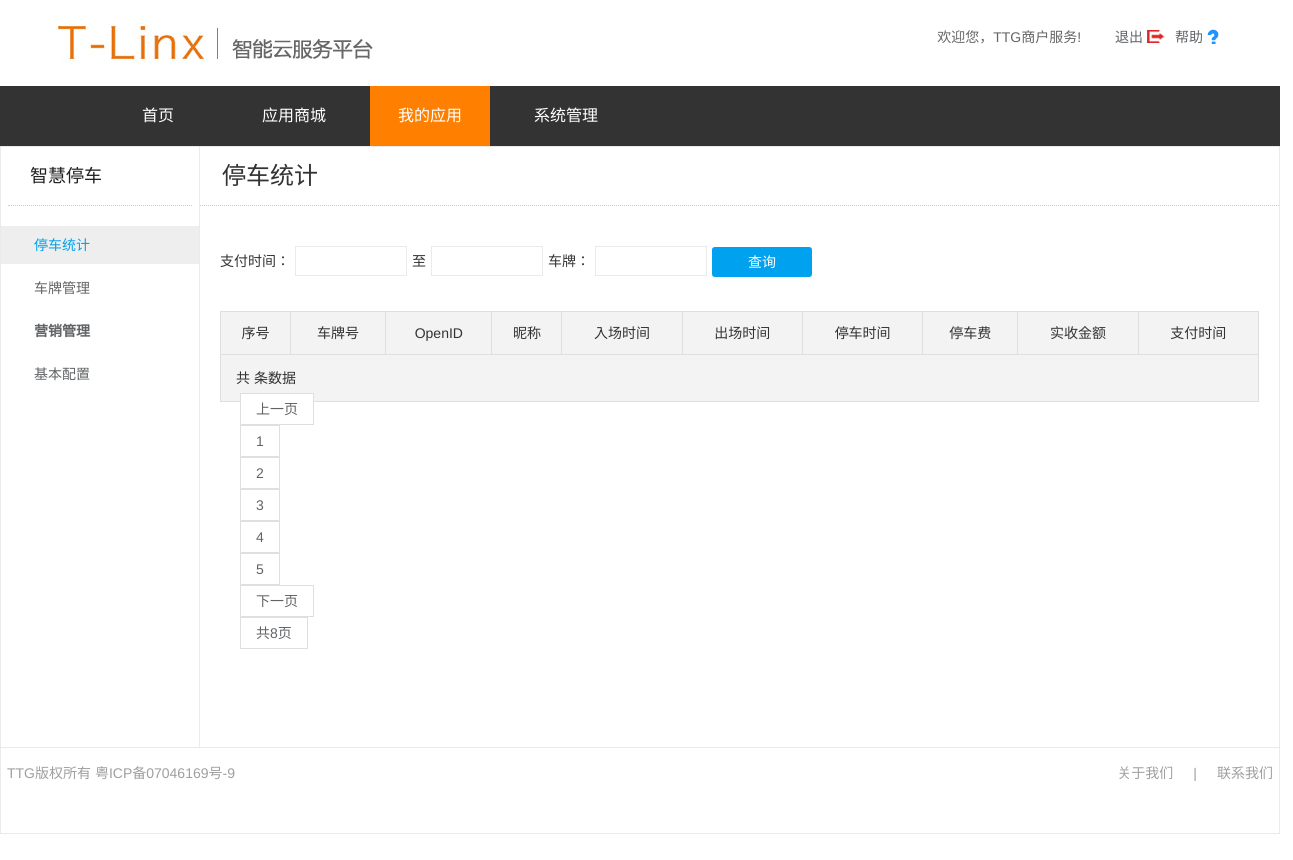
Repository: Keori/ParkCar
Page: admin/商户云/智慧停车/ParkComputed.html
The author's editor kept a copy of each file at every save. The page is drawn from the files as they stood at one save, then again after the next save.
The browser window is 1280 px wide. The page is 1293 px wide, so the pictures cover 1293 px, including what lies to the right of the window. The pictures show the whole page.
The page's requests for data from a server got no answer.

Above is the page before, as saved 2018-12-24 11:56:55.

### admin/商户云/智慧停车/ParkComputed.html
<!DOCTYPE html>
<html lang="en">
<head>
    <meta charset="utf-8">
    <meta name="viewport" content="initial-scale=1.0,width=device-width" />
    <meta name="keywords" content="" />
    <meta name="description" content="" />
    <title>会员卡</title>
    <link href="../css/reset.css" type="text/css" rel="stylesheet"/>
    <link href="../css/layout.css" type="text/css" rel="stylesheet"/>
    <link href="../laydate/laydate.css" type="text/css" rel="stylesheet"/>
    <script type="text/javascript" src="../js/jquery-3.1.1.min.js"></script>
    <script type="text/javascript" src="../js/vue.js"></script>
</head>
<body>
<header class="header index_header">
    <div class="top w1170">
        <div class="logo"><i></i><img src="../images/logo.jpg" alt=""/></div>
        <div class="top_right">欢迎您，TTG商户服务! <span class="icon out_icon"><a href="">退出<code></code></a></span><span class="icon help_icon"><a href="">帮助<code></code></a></span></div>
    </div>

    <menu class="menu">
        <div class="w1170">
            <ul>
                <li><a href="">首页</a></li>
                <li><a href="">应用商城</a></li>
                <li class="on"><a href="">我的应用</a></li>
                <li><a href="">系统管理</a></li>
            </ul>
        </div>
    </menu>
</header>
<section id="content" class="content content1170">
    <aside class="left_con">
        <div class="left_con_tit borderb">智慧停车</div>

        <ul>
            <li class="on"><a href="">停车统计</a></li>
            <li><a href="ParkManage.html">车牌管理</a></li>
            <li>
                <h1><a class='pagetitle' href="javascript:;" @click='ManageType'>营销管理</a><i></i></a>
                <div class='secondary' v-show='type'>
                    <h2 :class="{active:changeGray===1}" @click='change(1)'>
                        <a class='nextselect' href="Manage.html">
                            <span class='blockText'>模板类型</span>
                        </a>
                    </h2>
                    <h2 :class="{active:changeGray===2}" @click='change(2)'>
                        <a class='nextselect' href="Manage2.html">
                            <span class='blockText'>广告类型</span>
                        </a>
                    </h2>
                </div>
            </li>
            <li><a href="Basic.html">基本配置</a></li>
        </ul>
    </aside>
    <section id="boxRight" class="boxRight">
        <div class="boxRight_tit f1 borderb">停车统计</div>
        <article class="boxRightCon">
            <div class="CommonInput viplist_formlist viplist_formlist_1">
                <ul>
                    <li>
                        <span class="name">支付时间：</span><input id='timeData' name="text" type="text" style="width:100px;" onclick="laydate()"/>
                    </li>
                    <li>
                        <span class="name">至</span><input id='timeData1' name="text" type="text" style="width:100px;" onclick="laydate()"/>
                    </li>
                    <li>
                        <span class="name">车牌：</span><input v-model='filterSearch.plateNo' name="text" type="text" style="width:100px;"/>
                    </li>
                    <li>
                        <div class="org_btn"><a @click='Search'>查询</a></div>
                    </li>
                </ul>
            </div>
            <table width="100%" cellpadding="0" cellspacing="0" border="0" class="commonTable commonTable4">
                <tr>
                    <th>序号</th>
                    <th>车牌号</th>
                    <th>OpenID</th>
                    <th>昵称</th>
                    <th>入场时间</th>
                    <th>出场时间</th>
                    <th>停车时间</th>
                    <th>停车费</th>
                    <th>实收金额</th>
                    <th>支付时间</th>
                </tr>
                <tr v-for='(item,index) in Park' v-show='index<6'>
                    <td>{{index+1}}</td>
                    <td>{{item.plateNo}}</td>
                    <td>{{item.OpenId}}</td>
                    <td>{{item.nickName}}</td>
                    <td>{{item.entryTime}}</td>
                    <td>{{item.payTime}}</td>
                    <td>{{item.elapsedTime}}</td>
                    <td>{{item.payable}}</td>
                    <td class="red">{{item.OfficialMoney}}</td>
                    <td>{{item.payTime}}</td>
                </tr>
            </table>
            <div class="bg_f3 page">共 {{pages.pageSize}} 条数据
                <ul>
                    <li v-if="cur>1"><a v-on:click="cur--,pageClick()">上一页</a></li>
                    <li v-if="cur==1"><a class="banclick">上一页</a></li>
                    <li v-for="index in indexs" v-bind:class="{ 'active': cur == index}">
                        <a v-on:click="btnClick(index)">{{ index }}</a>
                    </li>
                    <li v-if="cur!=all"><a v-on:click="cur++,pageClick()">下一页</a></li>
                    <li v-if="cur == all"><a class="banclick">下一页</a></li>
                    <li><a>共<i>{{all}}</i>页</a></li>
                </ul>
            </div>
        </article>
    </section>
    <footer class="footer">
        <div class="w1000">
            <p class="footer_a fl">TTG版权所有   粤ICP备07046169号-9</p>
            <p class="footer_b fr"><a href="">关于我们</a>|<a href="">联系我们</a></p>
        </div>
    </footer>
</section>
<script  type="text/javascript">
    new Vue({
        el: '#content',
        data(){
            return{
                all: 8,
                cur: 1, //当前页码
                type: false,
                changeGray: '',
                filterSearch:{
                    plateNo: '',
                    payTimeStart: '',
                    payTimeEnd: ''
                },
                Park: [],
                pages:{},
            }
        },
        computed:{
            indexs: function(){
            var left = 1;
            var right = this.all;
            var ar = [];
            if(this.all>= 5){
            if(this.cur > 3 && this.cur < this.all-2){
                left = this.cur - 2
                right = this.cur + 2
            }else{
                if(this.cur<=3){
                left = 1
                right = 5
                }else{
                right = this.all
                left = this.all -4
                }
            }
            }
            while (left <= right){
            ar.push(left)
            left ++
            }
            return ar
    }
        },
        watch:{
            cur: function(oldValue , newValue){
    }
        },
        methods:{
            btnClick: function(data){//页码点击事件
            if(data != this.cur){
            this.cur = data
        }
        },
            pageClick: function(){
            console.log('现在在'+this.cur+'页');
        },
            Search(){
                this.filterSearch.payTimeStart = $('#timeData').val()
                this.filterSearch.payTimeEnd = $('#timeData1').val()
                let params =
                    this.filterSearch,
                    currPage = this.current,
                    pageSize = this.pageSize,
                    totalPage = this.allpage,
                    totalCount = this.showItem
                    ;
                console.log(this.filterSearch);
                $.ajax({
                url: 'http://q214e81040.iask.in:32642/merchant/car/paylist',
                type: 'get',
                data: params,
                statusCode:{
                    404:function(){
                        alert('网络错误')
                    }
                },
                success:(params) => {
                    this.Park = params.page.list
                    this.pages = params.page
                    console.log(this.pages);
                    console.log(this.Park)
                }
            })
            },
            ManageType(){
                if(this.type === false){
                    this.type = true
                }else{
                    this.type = false
                }
            },
            change(num){
                this.changeGray = num
            },
            goto(index){
                if(index == this.current) return;
                this.current = index;
            }
        },
        created(){
            this.Search()
        }
    })
</script>
</body>
<script src="../laydate/laydate.js"></script>
<script>
</script>
<style>
.page-bar{
    margin:40px;
    }
ul,li{
    margin: 0px;
    padding: 0px;
    }
li{
    list-style: none
    }
.page-bar li:first-child>a {
    margin-left: 0px
    }
.page-bar a{
    border: 1px solid #ddd;
    text-decoration: none;
    position: relative;
    float: left;
    padding: 6px 12px;
    margin-left: -1px;
    line-height: 1.42857143;
    color: #337ab7;
    cursor: pointer
    }
.page-bar a:hover{
    background-color: #eee;
    }
.page-bar a.banclick{
    cursor:not-allowed;
    }
.page-bar .active a{
    color: #fff;
    cursor: default;
    background-color: #337ab7;
    border-color: #337ab7;
    }
.page-bar i{
    font-style:normal;
    color: #d44950;
    margin: 0px 4px;
    font-size: 12px;
    }
</style>
</html>

### admin/商户云/laydate/laydate.css
/**

 @Name： laydate皮肤：默认
 @Author：贤心
 @Site：http://sentsin.com/layui/laydate

**/

.laydate-icon{border:1px solid #C6C6C6; background-image:url(icon.png)}

.laydate_body .laydate_box,
.laydate_body .laydate_ym,
.laydate_body .laydate_ym .laydate_yms,
.laydate_body .laydate_table,
.laydate_body .laydate_table td,
.laydate_body .laydate_bottom #laydate_hms,
.laydate_body .laydate_time,
.laydate_body .laydate_bottom .laydate_btn a{border:1px solid #ccc;}

.laydate_body .laydate_y .laydate_yms a,
.laydate_body .laydate_choose,
.laydate_body .laydate_table thead,
.laydate_body .laydate_bottom .laydte_hsmtex{background-color:#F6F6F6;}

.laydate_body .laydate_box,
.laydate_body .laydate_ym .laydate_yms,
.laydate_body .laydate_time{box-shadow: 2px 2px 5px rgba(0,0,0,.1);}

.laydate_body .laydate_box{border-top:none; border-bottom:none; background-color:#fff; color:#333;}
.laydate_body .laydate_box input{color:#333;}
.laydate_body .laydate_box .laydate_void{color:#ccc!important; /*text-decoration:line-through;*/}
.laydate_body .laydate_box .laydate_void:hover{background-color:#fff!important}
.laydate_body .laydate_box a, .laydate_body .laydate_box a:hover{color:#333;}
.laydate_body .laydate_box a:hover{color:#666;}
.laydate_body .laydate_click{background-color:#eee!important;}
.laydate_body .laydate_top{border-top:1px solid #C6C6C6;}
.laydate_body .laydate_ym .laydate_yms{border:1px solid #C6C6C6; background-color:#fff;}
.laydate_body .laydate_y .laydate_yms a{border-bottom:1px solid #C6C6C6;}
.laydate_body .laydate_y .laydate_yms .laydate_chdown{border-top:1px solid #C6C6C6; border-bottom:none;}
.laydate_body .laydate_choose{border-left:1px solid #C6C6C6;}
.laydate_body .laydate_chprev{border-left:none; border-right:1px solid #C6C6C6;}
.laydate_body .laydate_choose:hover,
.laydate_body .laydate_y .laydate_yms a:hover{background-color:#fff;}
.laydate_body .laydate_chtop cite{border-bottom-color:#666;}
.laydate_body .laydate_chdown cite, .laydate_body .laydate_ym label{border-top-color:#666;}
.laydate_body .laydate_chprev cite{border-right-style:solid; border-right-color:#666;}
.laydate_body .laydate_chnext cite{border-left-style:solid; border-left-color:#666;}
.laydate_body .laydate_table td{border:none;  height:21px!important; line-height:21px!important; background-color:#fff;}
.laydate_body .laydate_table .laydate_nothis{color:#999;}
.laydate_body .laydate_table thead{height:21px!important; line-height:21px!important;}
.laydate_body .laydate_table thead th{border-bottom:1px solid #ccc;}
.laydate_body .laydate_bottom{border-bottom:1px solid #C6C6C6;}
.laydate_body .laydate_bottom #laydate_hms{background-color:#fff;}
.laydate_body .laydate_time{background-color:#fff;}
.laydate_body .laydate_bottom .laydate_sj{border-right:1px solid #C6C6C6; background-color:#F6F6F6;}
.laydate_body .laydate_bottom input{background-color:#fff;}
.laydate_body .laydate_bottom .laydte_hsmtex{border-bottom:1px solid #C6C6C6;}
.laydate_body .laydate_bottom .laydate_btn{border-right:1px solid #C6C6C6;}
.laydate_body .laydate_bottom .laydate_v{color:#999}
.laydate_body .laydate_bottom .laydate_btn a{border-right:none; background-color:#F6F6F6;}
.laydate_body .laydate_bottom .laydate_btn a:hover{color:#000; background-color:#fff;}

.laydate_body .laydate_m .laydate_yms span:hover,
.laydate_body .laydate_y .laydate_yms ul li:hover,
.laydate_body .laydate_table td:hover,
.laydate_body .laydate_time .laydate_hmsno span:hover{background-color:#F3F3F3}

### admin/商户云/laydate/need/laydate.css
/**

 @Name： laydate 核心样式
 @Author：贤心
 @Site：http://sentsin.com/layui/laydate

**/

html{_background-image:url(about:blank); _background-attachment:fixed;}
.laydate_body .laydate_box, .laydate_body .laydate_box *{margin:0; padding:0;}
.laydate-icon,
.laydate-icon-default,
.laydate-icon-danlan,
.laydate-icon-dahong,
.laydate-icon-molv{height:22px; line-height:22px; padding-right:20px; border:1px solid #C6C6C6; background-repeat:no-repeat; background-position:right center;  background-color:#fff; outline:0;}
.laydate-icon-default{ background-image:url(../skins/default/icon.png)}
.laydate-icon-danlan{border:1px solid #B1D2EC; background-image:url(../skins/danlan/icon.png)}
.laydate-icon-dahong{background-image:url(../skins/dahong/icon.png)}
.laydate-icon-molv{background-image:url(../skins/molv/icon.png)}
.laydate_body .laydate_box{width:240px; font:12px '\5B8B\4F53'; z-index:99999999; *margin:-2px 0 0 -2px; *overflow:hidden; _margin:0; _position:absolute!important; background-color:#fff;}
.laydate_body .laydate_box li{list-style:none;}
.laydate_body .laydate_box .laydate_void{cursor:text!important;}
.laydate_body .laydate_box a, .laydate_body .laydate_box a:hover{text-decoration:none; blr:expression(this.onFocus=this.blur()); cursor:pointer;}
.laydate_body .laydate_box a:hover{text-decoration:none;}
.laydate_body .laydate_box cite, .laydate_body .laydate_box label{position:absolute; width:0; height:0; border-width:5px; border-style:dashed; border-color:transparent; overflow:hidden; cursor:pointer;}
.laydate_body .laydate_box .laydate_yms, .laydate_body .laydate_box .laydate_time{display:none;}
.laydate_body .laydate_box .laydate_show{display:block;}
.laydate_body .laydate_box input{outline:0; font-size:14px; background-color:#fff;}
.laydate_body .laydate_top{position:relative; height:26px; padding:5px; *width:100%; z-index:99;}
.laydate_body .laydate_ym{position:relative; float:left; height:24px; cursor:pointer;}
.laydate_body .laydate_ym input{float:left; height:24px; line-height:24px; text-align:center; border:none; cursor:pointer;}
.laydate_body .laydate_ym .laydate_yms{position:absolute; left: -1px; top: 24px; height:181px;}
.laydate_body .laydate_y{width:121px; margin-right:6px;}
.laydate_body .laydate_y input{width:64px; margin-right:15px;}
.laydate_body .laydate_y .laydate_yms{width:121px; text-align:center;}
.laydate_body .laydate_y .laydate_yms a{position:relative; display:block; height:20px;}
.laydate_body .laydate_y .laydate_yms ul{height:139px; padding:0; *overflow:hidden;}
.laydate_body .laydate_y .laydate_yms ul li{float:left; width:60px; height:20px; line-height: 20px; text-overflow: ellipsis; overflow: hidden; white-space: nowrap;}
.laydate_body .laydate_m{width:99px;}
.laydate_body .laydate_m .laydate_yms{width:99px; padding:0;}
.laydate_body .laydate_m input{width:42px; margin-right:15px;}
.laydate_body .laydate_m .laydate_yms span{display:block; float:left; width:42px; margin: 5px 0 0 5px; line-height:24px; text-align:center; _display:inline;}
.laydate_body .laydate_choose{display:block; float:left; position:relative; width:20px; height:24px;}
.laydate_body .laydate_choose cite, .laydate_body .laydate_tab cite{left:50%; top:50%;}
.laydate_body .laydate_chtop cite{margin:-7px 0 0 -5px; border-bottom-style:solid;}
.laydate_body .laydate_chdown cite, .laydate_body .laydate_ym label{top:50%; margin:-2px 0 0 -5px; border-top-style:solid;}
.laydate_body .laydate_chprev cite{margin:-5px 0 0 -7px;}
.laydate_body .laydate_chnext cite{margin:-5px 0 0 -2px;}
.laydate_body .laydate_ym label{right:28px;}
.laydate_body .laydate_table{ width:230px; margin:0 5px; border-collapse:collapse; border-spacing:0px; }
.laydate_body .laydate_table td{width:31px; height:19px; line-height:19px; text-align: center; cursor:pointer; font-size: 12px;}
.laydate_body .laydate_table thead{height:22px; line-height:22px;}
.laydate_body .laydate_table thead th{font-weight:400; font-size:12px; text-align:center;}
.laydate_body .laydate_bottom{position:relative; height:22px; line-height:20px; padding:5px; font-size:12px;}
.laydate_body .laydate_bottom #laydate_hms{position: relative; z-index: 1; float:left; }
.laydate_body .laydate_time{ position:absolute; left:5px; bottom: 26px; width:129px; height:125px; *overflow:hidden;}
.laydate_body .laydate_time .laydate_hmsno{ padding:5px 0 0 5px;}
.laydate_body .laydate_time .laydate_hmsno span{display:block; float:left; width:24px; height:19px; line-height:19px; text-align:center; cursor:pointer; *margin-bottom:-5px;}
.laydate_body .laydate_time1{width:228px; height:154px;}
.laydate_body .laydate_time1 .laydate_hmsno{padding: 6px 0 0 8px;}
.laydate_body .laydate_time1 .laydate_hmsno span{width:21px; height:20px; line-height:20px;}
.laydate_body .laydate_msg{left:49px; bottom:67px; width:141px; height:auto; overflow: hidden;}
.laydate_body .laydate_msg p{padding:5px 10px;}
.laydate_body .laydate_bottom li{float:left; height:20px; line-height:20px; border-right:none; font-weight:900;}
.laydate_body .laydate_bottom .laydate_sj{width:33px; text-align:center; font-weight:400;}
.laydate_body .laydate_bottom input{float:left; width:21px; height:20px; line-height:20px; border:none; text-align:center; cursor:pointer; font-size:12px;  font-weight:400;}
.laydate_body .laydate_bottom .laydte_hsmtex{height:20px; line-height:20px; text-align:center;}
.laydate_body .laydate_bottom .laydte_hsmtex span{position:absolute; width:20px; top:0; right:0px; cursor:pointer;}
.laydate_body .laydate_bottom .laydte_hsmtex span:hover{font-size:14px;}
.laydate_body .laydate_bottom .laydate_btn{position:absolute; right:5px; top:5px;}
.laydate_body .laydate_bottom .laydate_btn a{float:left; height:20px; padding:0 6px; _padding:0 5px;}
.laydate_body .laydate_bottom .laydate_v{position:absolute; left:10px; top:6px; font-family:Courier; z-index:0;}

### admin/商户云/laydate/skins/default/laydate.css
/**

 @Name： laydate皮肤：默认
 @Author：贤心
 @Site：http://sentsin.com/layui/laydate

**/

.laydate-icon{border:1px solid #C6C6C6; background-image:url(icon.png)}

.laydate_body .laydate_box,
.laydate_body .laydate_ym,
.laydate_body .laydate_ym .laydate_yms,
.laydate_body .laydate_table,
.laydate_body .laydate_table td,
.laydate_body .laydate_bottom #laydate_hms,
.laydate_body .laydate_time,
.laydate_body .laydate_bottom .laydate_btn a{border:1px solid #ccc;}

.laydate_body .laydate_y .laydate_yms a,
.laydate_body .laydate_choose,
.laydate_body .laydate_table thead,
.laydate_body .laydate_bottom .laydte_hsmtex{background-color:#F6F6F6;}

.laydate_body .laydate_box,
.laydate_body .laydate_ym .laydate_yms,
.laydate_body .laydate_time{box-shadow: 2px 2px 5px rgba(0,0,0,.1);}

.laydate_body .laydate_box{border-top:none; border-bottom:none; background-color:#fff; color:#333;}
.laydate_body .laydate_box input{color:#333;}
.laydate_body .laydate_box .laydate_void{color:#ccc!important; /*text-decoration:line-through;*/}
.laydate_body .laydate_box .laydate_void:hover{background-color:#fff!important}
.laydate_body .laydate_box a, .laydate_body .laydate_box a:hover{color:#333;}
.laydate_body .laydate_box a:hover{color:#666;}
.laydate_body .laydate_click{background-color:#eee!important;}
.laydate_body .laydate_top{border-top:1px solid #C6C6C6;}
.laydate_body .laydate_ym .laydate_yms{border:1px solid #C6C6C6; background-color:#fff;}
.laydate_body .laydate_y .laydate_yms a{border-bottom:1px solid #C6C6C6;}
.laydate_body .laydate_y .laydate_yms .laydate_chdown{border-top:1px solid #C6C6C6; border-bottom:none;}
.laydate_body .laydate_choose{border-left:1px solid #C6C6C6;}
.laydate_body .laydate_chprev{border-left:none; border-right:1px solid #C6C6C6;}
.laydate_body .laydate_choose:hover,
.laydate_body .laydate_y .laydate_yms a:hover{background-color:#fff;}
.laydate_body .laydate_chtop cite{border-bottom-color:#666;}
.laydate_body .laydate_chdown cite, .laydate_body .laydate_ym label{border-top-color:#666;}
.laydate_body .laydate_chprev cite{border-right-style:solid; border-right-color:#666;}
.laydate_body .laydate_chnext cite{border-left-style:solid; border-left-color:#666;}
.laydate_body .laydate_table td{border:none;  height:21px!important; line-height:21px!important; background-color:#fff;}
.laydate_body .laydate_table .laydate_nothis{color:#999;}
.laydate_body .laydate_table thead{height:21px!important; line-height:21px!important;}
.laydate_body .laydate_table thead th{border-bottom:1px solid #ccc;}
.laydate_body .laydate_bottom{border-bottom:1px solid #C6C6C6;}
.laydate_body .laydate_bottom #laydate_hms{background-color:#fff;}
.laydate_body .laydate_time{background-color:#fff;}
.laydate_body .laydate_bottom .laydate_sj{border-right:1px solid #C6C6C6; background-color:#F6F6F6;}
.laydate_body .laydate_bottom input{background-color:#fff;}
.laydate_body .laydate_bottom .laydte_hsmtex{border-bottom:1px solid #C6C6C6;}
.laydate_body .laydate_bottom .laydate_btn{border-right:1px solid #C6C6C6;}
.laydate_body .laydate_bottom .laydate_v{color:#999}
.laydate_body .laydate_bottom .laydate_btn a{border-right:none; background-color:#F6F6F6;}
.laydate_body .laydate_bottom .laydate_btn a:hover{color:#000; background-color:#fff;}

.laydate_body .laydate_m .laydate_yms span:hover,
.laydate_body .laydate_y .laydate_yms ul li:hover,
.laydate_body .laydate_table td:hover,
.laydate_body .laydate_time .laydate_hmsno span:hover{background-color:#F3F3F3}

Loaded but not shown: admin/商户云/js/jquery-3.1.1.min.js (library); admin/商户云/js/vue.js (library); admin/商户云/laydate/laydate.js (library); admin/商户云/css/layout.css (845 lines, source omitted); admin/商户云/css/reset.css (322 lines, source omitted)

After the next save:
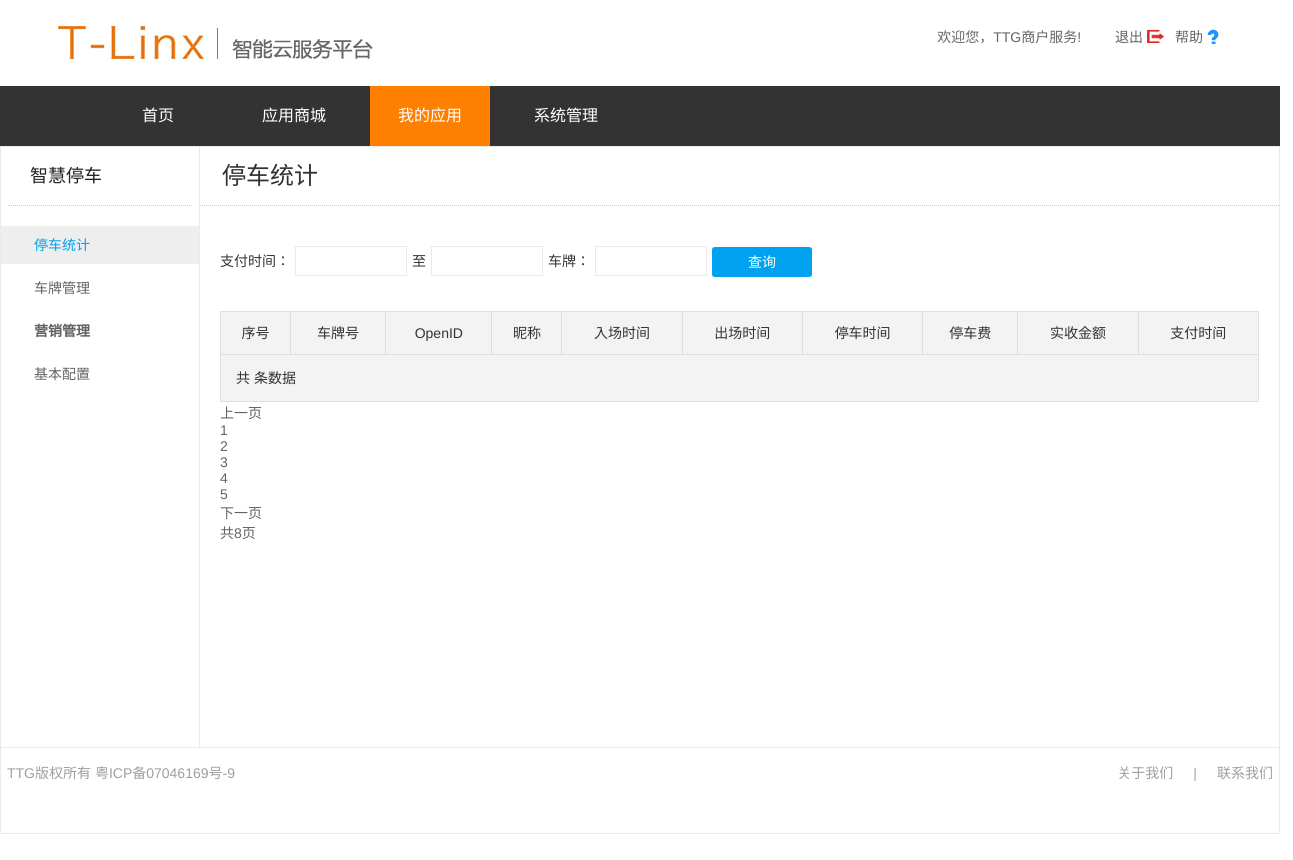
Saved 27 s later.
--- a/admin/商户云/智慧停车/ParkComputed.html
+++ b/admin/商户云/智慧停车/ParkComputed.html
@@ -101,7 +101,9 @@
                 </tr>
             </table>
             <div class="bg_f3 page">共 {{pages.pageSize}} 条数据
-                <ul>
+
+            </div>
+            <ul>
                     <li v-if="cur>1"><a v-on:click="cur--,pageClick()">上一页</a></li>
                     <li v-if="cur==1"><a class="banclick">上一页</a></li>
                     <li v-for="index in indexs" v-bind:class="{ 'active': cur == index}">
@@ -111,7 +113,6 @@
                     <li v-if="cur == all"><a class="banclick">下一页</a></li>
                     <li><a>共<i>{{all}}</i>页</a></li>
                 </ul>
-            </div>
         </article>
     </section>
     <footer class="footer">
